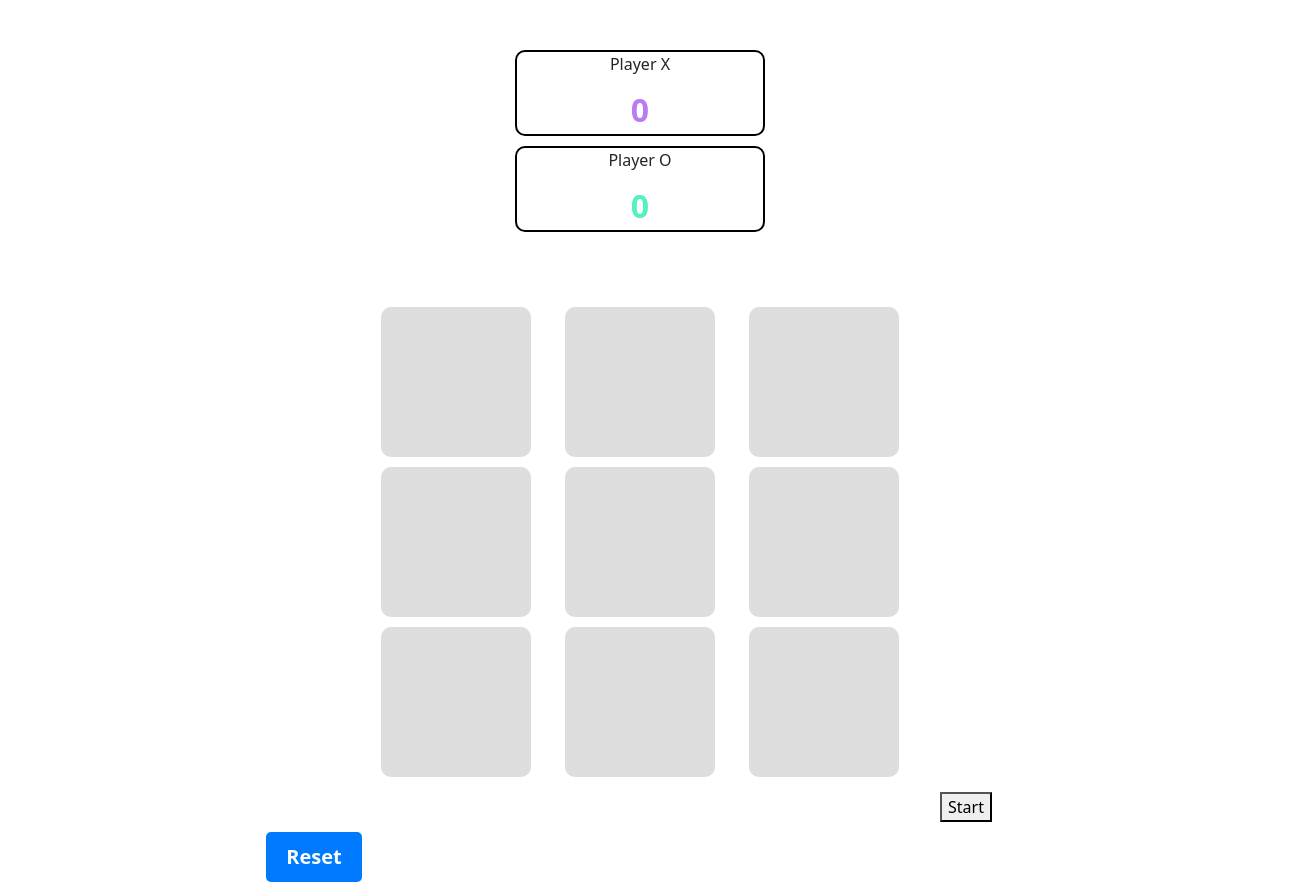
Repository: woodsdeshe/Tic-Tac-Toe
Page: index.html
These files come from the project's save history. The page is drawn as it stood at one moment and after the next save; the edit follows.
The browser window is 1280 px wide. The page is 1292 px wide, so the pictures cover 1292 px, including what lies to the right of the window. The pictures show the whole page.

Above is the page before, as saved 2023-03-31 21:13:04.

### index.html
<!DOCTYPE html>
<html lang="en">
  <head>
    <meta charset="UTF-8" />
    <meta http-equiv="X-UA-Compatible" content="IE=edge" />
    <meta name="viewport" content="width=device-width, initial-scale=1.0" />
    <title>Tic Tac Toe | DeShe Woods</title>
    <link rel="stylesheet" href="styles.css" />
    <link
      href="https://cdn.jsdelivr.net/npm/bootstrap@5.3.0-alpha2/dist/css/bootstrap.min.css"
      rel="stylesheet"
      integrity="sha384-aFq/bzH65dt+w6FI2ooMVUpc+21e0SRygnTpmBvdBgSdnuTN7QbdgL+OapgHtvPp"
      crossorigin="anonymous"
    />
  </head>
  <body>
    <div class="container">
      <div class="row">
        <div class="col-12 scoreboard scoreboard-left">
          <div>Player X</div>
          <div class="score-x">0</div>
        </div>
        <div class="col-12 scoreboard scoreboard-right">
          <div>Player O</div>
          <div class="score-o">0</div>
        </div>
      </div>
      <div class="message"></div>
      <div class="container game-board">
        <div class="row">
          <div class="col-4">
            <div class="tile square-1"></div>
          </div>
          <div class="col-4">
            <div class="tile square-2"></div>
          </div>
          <div class="col-4">
            <div class="tile square-3"></div>
          </div>
        </div>
        <div class="row">
          <div class="col-4">
            <div class="tile square-4"></div>
          </div>
          <div class="col-4">
            <div class="tile square-5"></div>
          </div>
          <div class="col-4">
            <div class="tile square-6"></div>
          </div>
        </div>
        <div class="row">
          <div class="col-4">
            <div class="tile square-7"></div>
          </div>
          <div class="col-4">
            <div class="tile square-8"></div>
          </div>
          <div class="col-4">
            <div class="tile square-9"></div>
          </div>
        </div>
      </div>
      </div>
      <div class="row">
        <div class="col-6">
          <div class="reset">
            <button class="reset-btn">Reset</button>
          </div>
        </div>
        <div class="col-6"> <div class="start">
          <button class="startBtn">Start</button>
        </div></div>

      </div>
    </div>
    <script
      src="https://cdn.jsdelivr.net/npm/bootstrap@5.3.0-alpha2/dist/js/bootstrap.bundle.min.js"
      integrity="sha384-qKXV1j0HvMUeCBQ+QVp7JcfGl760yU08IQ+GpUo5hlbpg51QRiuqHAJz8+BrxE/N"
      crossorigin="anonymous"
    ></script>
    <script src="script.js"></script>
  </body>
</html>

### styles.css
.container {
  display: flex;
  flex-direction: column;
  align-items: center;
  margin-top: 50px;
}

.scoreboard {
  display: flex;
  flex-direction: column;
  align-items: center;
  border: 2px solid black;
  border-radius: 10px;
  width: 200px;
}

.scoreboard-left {
  margin-right: 70px;
  margin-bottom: 10px;
}

.scoreboard-right {
  margin: 0;
}

.score-x {
  font-size: 48px;
  color: rgb(184, 123, 241);
}

.score-o {
  font-size: 48px;
  color: rgb(83, 240, 193);
}

.score-x,
.score-o {
  font-size: 2em;
  font-weight: bold;
  margin-top: 10px;
}

.message {
  font-size: 2em;
  margin-bottom: 20px;
}

.game-board {
  display: flex;
  justify-content: center;
}

.tile {
  width: 150px;
  height: 150px;
  background-color: #ddd;
  margin: 5px;
  border-radius: 10px;
  display: flex;
  justify-content: center;
  align-items: center;
  font-size: 50px;
  font-weight: bold;
  cursor: pointer;
}

.reset {
  text-align: center;
  margin-top: 50px;
}

.reset-btn {
  font-size: 20px;
  font-weight: bold;
  padding: 10px 20px;
  background-color: #007bff;
  color: white;
  border-radius: 5px;
  border: none;
  cursor: pointer;
}

.start {
    text-align: center;
    margin-top: 10px;
}

.x-symbol {
    color: rgb(184, 123, 241);
}

.o-symbol {
    color: rgb(83, 240, 193);
}

@media (max-width: 767px) {
  .scoreboard {
    margin-bottom: 20px;
  }
}

### script.js
// Variables that access the squares, reset button, scoreboards , and messaging for the game that will stay constant
const gameBoard = document.querySelector(".game-board");
const resetBtn = document.querySelector(".reset-btn");
const scoreboardX = document.querySelector(".score-x");
const scoreboardO = document.querySelector(".score-o");
const message = document.querySelector(".message");
const tile = document.querySelectorAll(".tile");

// Variables that access the current player, game over, X and O scores that will change based on conditions of the game
let currentPlayer = "X";
let gameOver = false;
let xScore = 0;
let oScore = 0;

// This event listener will check to see if the tiles are empty and will fill them with the symbol of the current player

gameBoard.addEventListener("click", (event) => {
  event.preventDefault();

  //This if statement checks to see if the game is over before allowing the players to continue playing. If gameOver is true, then the board becomes unclickable
  if (gameOver) {
    return;
  }

  // This variable will hold the square that gets clicked using the .target property
  const square = event.target;

  // Checks to see if the square contains a class of tile and the square is empty. If it's empty then the square will contain a symbol and alternate the symbol according to the current player
  if (square.classList.contains("tile") && square.textContent === "") {
    // This if statement adds or removes the appropriate symbol class based on the current player so that the colors of the symbols will be different
    if (currentPlayer === "X") {
      square.classList.add("x-symbol");
      square.classList.remove("o-symbol");
    } else {
      square.classList.add("o-symbol");
      square.classList.remove("x-symbol");
    }

    square.textContent = currentPlayer;

    //Updates the message variable to show who's turn it is on the screen
    message.textContent = `It's ${currentPlayer} turn`;

    currentPlayer = currentPlayer === "X" ? "O" : "X";
  }

  //Calls the checkForWinner function after each turn to see if a player has won
  checkForWinner();
});

// Check to see if the tiles contain a winning play of a specific player
function currentPlay(plays, player) {
  // The .every method checks through every tile within the player array that checks to see if they contain the current players symbol with a boolean "true" or "false"
  return plays.every((tile) => {
    tileElement = document.querySelector(`.square-${tile}`);
    return tileElement.textContent === player;
  });
}

// This function will check to see which player has the winning set after each move
function checkForWinner() {
  // Nested arrays that show all the winning plays that are needed to win
  const winningPlays = [
    [1, 2, 3],
    [4, 5, 6],
    [7, 8, 9],
    [1, 4, 7],
    [2, 5, 8],
    [3, 6, 9],
    [1, 5, 9],
    [3, 5, 7],
  ];

  // Loops through each array within "winingPlays" and stores the values in the variable "plays"
  for (let i = 0; i < winningPlays.length; i++) {
    const plays = winningPlays[i];

    // Create if/else conditions that will check to see if the current player has a winning play thats in 'winningPlays', if no one wins, it calls the "itsATie" function to alert the players that the game is over and prevents the players from continuing to play using th endGame function"
    if (currentPlay(plays, "X")) {
      xScore++;
      scoreboardX.textContent = xScore;
      message.textContent = "Player X Wins!";
      gameOver = true;
      endGame();
    } else if (currentPlay(plays, "O")) {
      oScore++;
      scoreboardO.textContent = oScore;
      message.textContent = "Player O Wins!";
      gameOver = true;
      endGame();
    } else if (itsATie()) {
      message.textContent = "Game over! It's a tie!!!";
      gameOver = true;
      endGame();
    }
  }

  // This function iterates through all the tiles on the board and checks to see if the board is full. If there isn't any empty tiles left, it returns true.
  function itsATie() {
    for (let i = 0; i < tile.length; i++) {
      if (tile[i].textContent === "") {
        return false;
      }
    }
    return true;
  }

  // This function iterates through all the tiles in the game and removes the gameBoard listener so that the board is no longer clickable when the game is over
  function endGame() {
    for (let i = 0; i < tile.length; i++) {
      tile[i].removeEventListener("click", handleClick);
    }
  }
}

//This function resets the game
function resetGame() {
  currentPlayer = "X";
  gameOver = false;
  message.textContent = `It's ${currentPlayer} turn`;
  scoreboardX.textContent = "0";
  scoreboardO.textContent = "0";
  xScore = 0;
  oScore = 0;

  // Clears the board by setting the text content of all tiles to an empty string
  tile.forEach((tile) => {
    tile.textContent = "";
  });

  // Add back the event listener to each tile so that they are clickable again
  tile.forEach((tile) => {
    tile.addEventListener("click", handleTileClick);
  });
}

resetBtn.addEventListener("click", () => {
  resetGame();
});

After the next save:
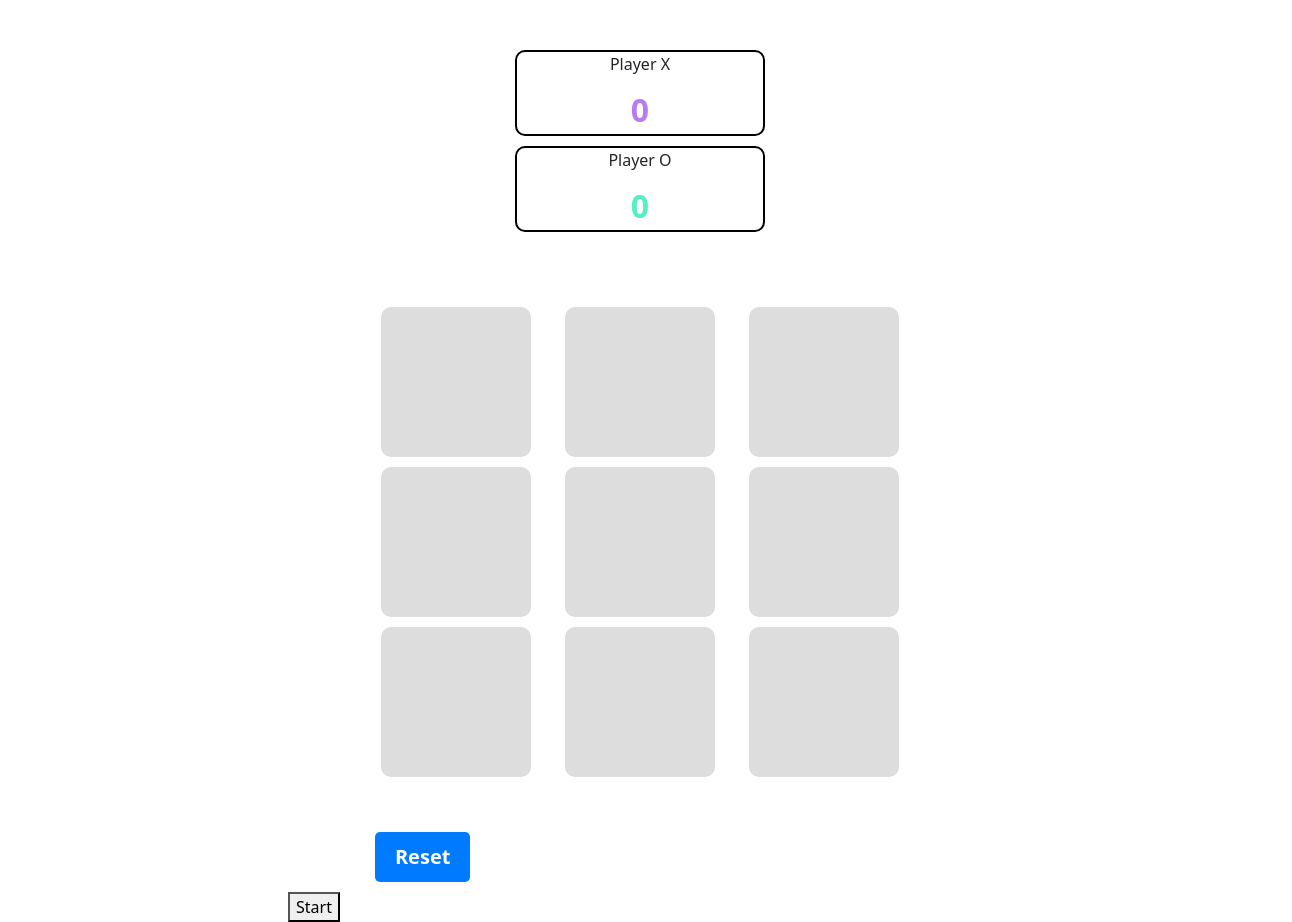
Saved 5 s later.
--- a/index.html
+++ b/index.html
@@ -63,7 +63,7 @@
       </div>
       </div>
       <div class="row">
-        <div class="col-6">
+        <div class="col-8">
           <div class="reset">
             <button class="reset-btn">Reset</button>
           </div>
